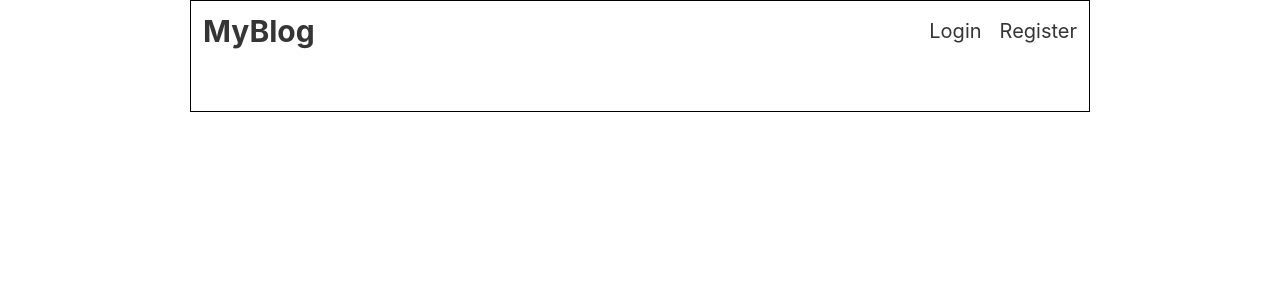
Repository: ateeque-219/BlogApp
Page: /create (app in blogapp/)
An editor plug-in stored every save of this project. The page is shown before and after a run of saves, followed by the edit.
The browser window is 1280 px wide. The pictures show the whole page.
The page's requests for data from a server got no answer. The project was rebuilt for these pictures with package versions that can differ from the ones it lists, and the page was loaded fresh each time. No one was signed in, and anything a server would have sent is missing. Also part of the build but not shown: blogapp/src/Post.js, blogapp/src/pages/Indexpage.js, blogapp/src/pages/LoginPage.js, blogapp/src/pages/RegisterPage.js.

Above is the page before, as saved 2024-01-14 22:16:59.

### blogapp/src/index.js
import React from 'react';
import ReactDOM from 'react-dom/client';
import './index.css';
import App from './App';
import  { BrowserRouter } from "react-router-dom";

const root = ReactDOM.createRoot(document.getElementById('root'));
root.render(
  <React.StrictMode>
   <BrowserRouter>
   <App />
   </BrowserRouter>
  </React.StrictMode>
);

### blogapp/src/App.js

import { Route, Routes } from 'react-router';
import './App.css';
import Layoutt from './Layoutt';
import Indexpage from './pages/Indexpage';
import LoginPage from './pages/LoginPage';
import RegisterPage from './pages/RegisterPage';
import { UserContextProvider } from './UserContext';
import CreatePost from './pages/CreatePost';
function App() {
  return (
    <UserContextProvider>
      <Routes>
      <Route path="/" element={<Layoutt />}>
        <Route index element={<Indexpage />} />
        <Route path="/login" element={<LoginPage/>} />
        <Route path ="/register" element={<RegisterPage/>}/>
        <Route path ="/create" element={<CreatePost />}></Route>
      </Route>
    </Routes>
    </UserContextProvider>

  );
}

export default App;

### blogapp/src/App.css
*{
  box-sizing: border-box;
}
body{
  color: #353535;
}
img{
  max-width: 100%;
}
main{
  padding: 12px;
  max-width: 900px;
  margin:0 auto ;
  border: 1px solid black;
}
header{
 display: flex;
 justify-content: space-between;
 margin-bottom: 50px;
 align-items: center;
}
header a{
  text-decoration: none;
  color: inherit;
  font-size: 20px;
}
header a.logo{
  font-weight: bolder;
  font-size: 30px;
}
header nav{
  display: flex;
  gap: 18px;
}
div.post{
  display: flex;
  gap: 22px;
   margin-bottom: 44px;
}
div.texts{
  margin: 0;
  padding: 0;
}

.texts h2 {
  margin: 0;
}

.image {
  margin-top: 18px;
  width: 600px;
}
div.post p.info{
  margin: 5px 0;
  display: flex;
  gap: 5px;
  font-weight: bold;
  color: #888;
  font-size: 1rem;

}
div.post p.info a.author{
  color: #333;
}
div.post p.summary{
  margin:4px 0;
  line-height: 1.5rem;
}
form.login , form.register{
max-width: 450px;
  margin: 0 auto;
}
input{
 width: 100%;
 display: block;
 margin-bottom: 7px;
 padding: 7px 5px;
 background-color:#fff;
 border: 2.5px solid #ddd;
 border-radius: 5px;

}
button{
  width: 100%;
  display: block;
 margin-bottom: 7px;
 padding: 7px;
  background-color: rgb(32, 30, 30);
 border-radius: 5px;
 color: white;
}

.title{
  text-align: center;
}

### blogapp/src/Layoutt.js
import React from 'react'
import Head from './Head'
import { Outlet } from 'react-router-dom'
const Layoutt = () => {
  return (
    <main>
      <Head></Head>
      <Outlet/>
    </main>
  )
}

export default Layoutt

### blogapp/src/UserContext.js
import { createContext, useState } from 'react';
export const UserContext = createContext({});

export function UserContextProvider({ children }) {
  const [userinfo, setuserinfo] = useState({});

  return (
    <UserContext.Provider value={{ userinfo, setuserinfo }}>
      {children}
    </UserContext.Provider>
  );
}

### blogapp/src/pages/CreatePost.js
import React from 'react'

const CreatePost = () => {
  return (
    <form>

    </form>
  );
}

export default CreatePost

### blogapp/src/Head.js
import React, { useContext, useEffect, useState } from 'react'
import { Link } from 'react-router-dom';
import { UserContext } from './UserContext';
const Head = () => {
  // const ctx = useContext(UserContext);
  // const [userinfo,setuserinfo] = useState(ctx);
  const {setuserinfo , userinfo} = useContext(UserContext);
  useEffect(() => {
    fetch('http://localhost:4000/profile', {
      credentials: 'include',
    })
      .then(response => {
         return response.json();
      })
      .then(profileInfo => {
        console.log(profileInfo)
        setuserinfo(profileInfo);
      })
      .catch(error => {
        throw(error);
      });
  }, []);


function logout(){
   fetch('http://localhost:4000/logout',{
    credentials : 'include' ,
    method:'POST',
  });
  setuserinfo(null);
}

const username = userinfo?.username;
console.log('dasda',userinfo?.username);
  return (
    <div><header>
    <Link to="/" className="logo">MyBlog</Link>
    <nav>
      {username && (
        <>
        {console.log('3343')}
        <Link to ="create">create</Link>
        <a onClick={logout}>logout</a>
        </>
      )}
      {!username && (
        <>
        {console.log('3343')}
         <Link to="/login">Login</Link>
       <Link to="/register">Register</Link>
        </>
      )}
    </nav>
  </header></div>
  );
}
export default Head;

Loaded but not shown: blogapp/public/index.html (common file); blogapp/src/index.css (common file)

After the next 4 saves:
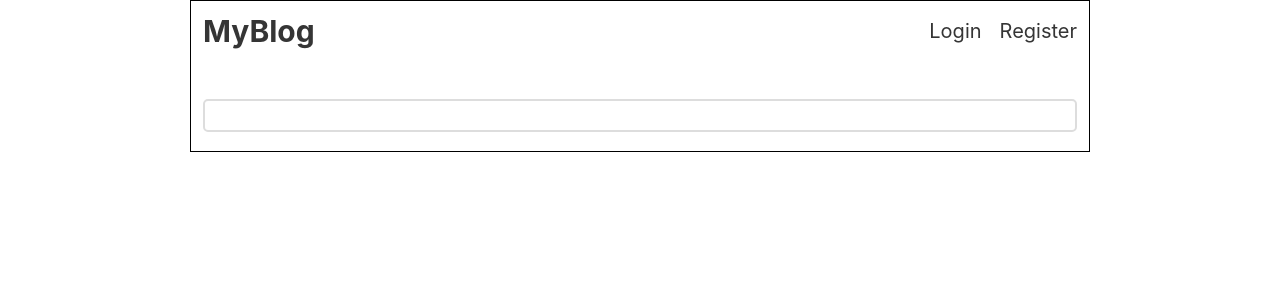
The 4 saves are shown as one change because they came seconds apart.
The last was saved 9 s later.
--- a/blogapp/src/pages/CreatePost.js
+++ b/blogapp/src/pages/CreatePost.js
@@ -3,7 +3,9 @@ import React from 'react'
 const CreatePost = () => {
   return (
     <form>
+        <input>
 
+        </input>
     </form>
   );
 }
